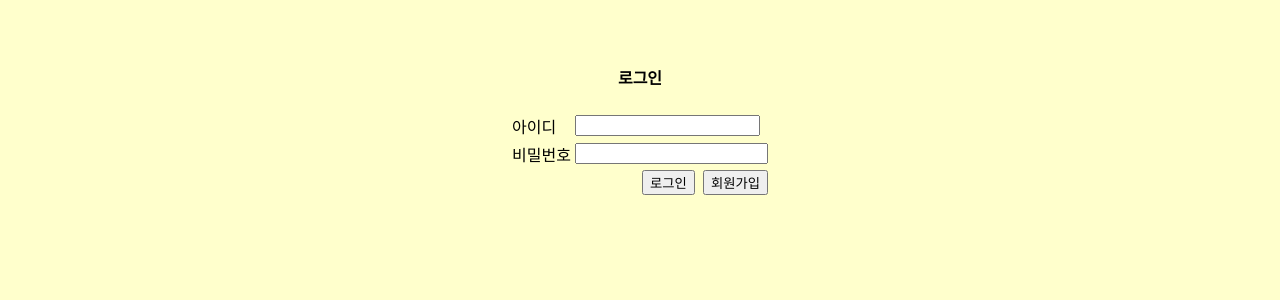
Repository: KangEunseo/2019-jsp-class
Page: http://localhost/BasicJSP/loginsession/loginSession.jsp
An editor plug-in stored every save of this project. The page is shown before and after the next save, followed by the edit.
The browser window is 1280 px wide. The pictures show the whole page.
The page is served by Tomcat 9. Other server files are loaded and not shown.

Above is the page before, as saved 2019-09-26 00:43:45.

### BasicJSP/WebContent/loginsession/loginSession.jsp
<%@ page language="java" contentType="text/html; charset=UTF-8"
    pageEncoding="UTF-8" session="true"%>
<!DOCTYPE html>
<html>
<head>
<meta charset="UTF-8">
<title>Insert title here</title>
<script type="text/javascript">
function login_check(){
	var id = document.loginf.id.value;
	var pass = document.loginf.pwd.value;

	if(id == ""){
		alert("id를 입력하세요");
		return false;
	}
	if(pass == ""){
		alert("password를 입력하세요");
		return false;
	}
}
</script>
</head>
<body bgcolor="#ffffcc">
<% request.setCharacterEncoding("utf-8"); %>
<div align="center">
	<br><br>
	<h4>로그인</h4>
	<form name="loginf" method="post" onsubmit="return login_check();" action="loginSessionPro.jsp">
	<table>
		<tr>
			<td>아이디</td>
			<td><input type="text" name="id" size="20"></td>
		</tr>
		<tr>
			<td>비밀번호</td>
			<td><input type="password" name="pwd" size="21"></td>
		</tr>
		<tr>
			<td colspan="2" align="right"><input type="submit" value="로그인">&nbsp;
			<input type="button" value="회원가입" onClick="javascript:location.href='member_2401.jsp'"></td>
		</tr>
	</table>
	</form>
</div>
</body>
</html>

After the next save:
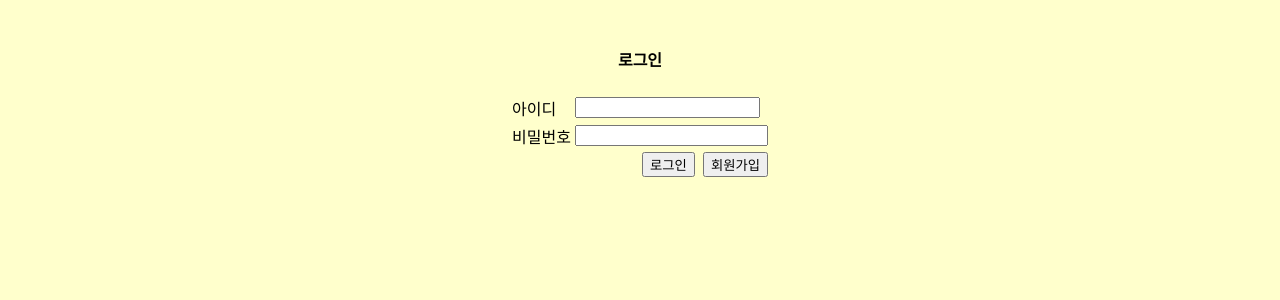
Saved 19 s later.
--- a/BasicJSP/WebContent/loginsession/loginSession.jsp
+++ b/BasicJSP/WebContent/loginsession/loginSession.jsp
@@ -24,8 +24,7 @@ function login_check(){
 <body bgcolor="#ffffcc">
 <% request.setCharacterEncoding("utf-8"); %>
 <div align="center">
-	<br><br>
-	<h4>로그인</h4>
+	<br><h4>로그인</h4>
 	<form name="loginf" method="post" onsubmit="return login_check();" action="loginSessionPro.jsp">
 	<table>
 		<tr>
